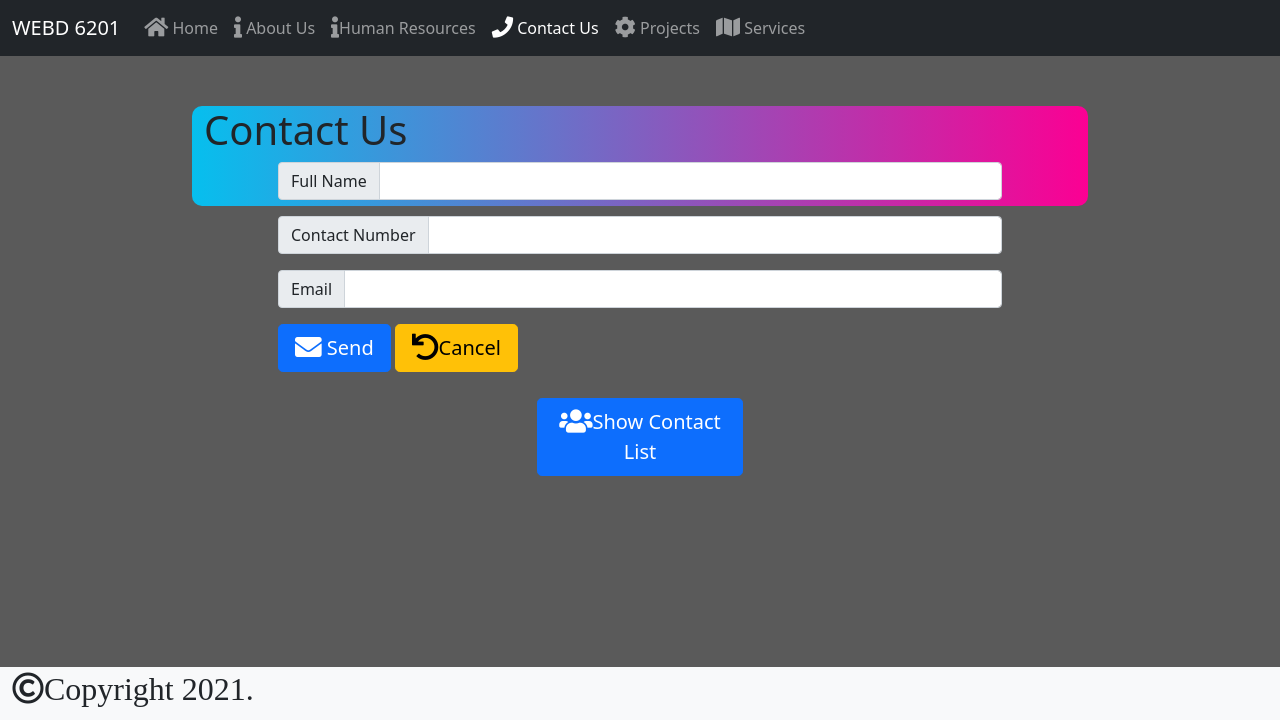
Repository: vans12345678/WEBD6201-W2021-Week3
Page: contact.html
These files come from the project's save history. The page is drawn as it stood at one moment and after the next save; the edit follows.
The browser window is 1280 px wide. The pictures show the whole page.

Above is the page before, as saved 2021-01-28 20:03:00.

### contact.html
<!DOCTYPE html>
<html lang="en">
<head>
    <meta charset="UTF-8">
    <meta name="viewport" content="width=device-width, initial-scale=1.0">
    <title>Contact Us</title>

    <!-- CSS Section -->
    <link rel="stylesheet" href="./node_modules/bootstrap/dist/css/bootstrap.min.css">
    <link rel="stylesheet" href="./node_modules/@fortawesome/fontawesome-free/css/all.min.css">
    <link rel="stylesheet" href="./Content/app.css">
</head>
<body>
  <!-- Main Header -->
    <header>
      <!-- Main Navigation -->
        <nav class="navbar navbar-expand-lg navbar-dark bg-dark">
            <div class="container-fluid">
              <a class="navbar-brand" href="index.html">WEBD 6201</a>
              <button class="navbar-toggler" type="button" data-bs-toggle="collapse" data-bs-target="#navbarSupportedContent" aria-controls="navbarSupportedContent" aria-expanded="false" aria-label="Toggle navigation">
                <span class="navbar-toggler-icon"></span>
              </button>
              <div class="collapse navbar-collapse" id="navbarSupportedContent">
                <ul class="navbar-nav me-auto mb-2 mb-lg-0">
                  <li class="nav-item">
                    <a class="nav-link " aria-current="page" href="index.html"><i class="fas fa-home fa-lg"></i> Home</a>
                  </li>

                  <li class="nav-item">
                    <a class="nav-link" aria-current="page" href="about.html"><i class="fas fa-info fa-lg"></i> About Us</a>
                  </li>
                  <li class="nav-item">
                    <a class="nav-link" aria-current="page" href="human-resources.html"><i class="fas fa-info fa-lg"></i>Human Resources</a>
                  </li>
                  <li class="nav-item">
                    <a class="nav-link active" aria-current="page" href="contact.html"><i class="fas fa-phone fa-lg"></i> Contact Us</a>
                  </li>
                  <li class="nav-item">
                    <a class="nav-link" aria-current="page" href="projects.html"><i class="fas fa-cog fa-lg"></i> Projects</a>
                  </li>

                  <li class="nav-item">
                    <a class="nav-link" aria-current="page" href="services.html"><i class="fas fa-map fa-lg"></i> Services</a>
                  </li>
                </ul>
              </div>
            </div>
          </nav>
    </header>
  <!-- Main Contents -->
    <main class="container">
        <h1>Contact Us</h1>

        <div class="contactForm" id="messageArea"></div>
        <div class = "row justify-content-lg-center g-3">
          <form class = "col-col-lg-6 col-md-10 col-sm-10">
            <div class="input-group mb-3">
              <span class="input-group-text" id="inputGroup-sizing-default">Full Name</span>
              <input id = "fullName" type="text" class="form-control" aria-label="Full Name" aria-describedby="Full Name Input"
              name = "fullName" required>
            </div>
            <div class="input-group mb-3">
              <span class="input-group-text" id="inputGroup-sizing-default">Contact Number</span>
              <input id = "contactNumber" type="tel" class="form-control" aria-label="Contact Number" aria-describedby="Contact Number Input"
              name = "contactNumber" required>
            </div>
            <div class="input-group mb-3">
              <span class="input-group-text" id="inputGroup-sizing-default">Email</span>
              <input id = "emailAddress" type="email" class="form-control" aria-label="Email Address" aria-describedby="Email Address Input"
              name = "emailAddress" required>
            </div>

          <button id = "sendButton" type="submit" class="btn btn-primary btn-lg"><i class="fas fa-envelope fa-lg"></i> Send</button>
          <button id = "cancelButton" type="reset" class="btn btn-warning btn-lg"><i class="fas fa-undo fa-lg"></i>Cancel</button>
        </form>

        <div class="col-lg-3 col-md-3">
          <a href="contact-list.html" class="btn btn-primary btn-lg"><i class="fas fa-users fa-lg"></i>Show Contact List</a>
        </div>
        </div>


    </main>
    <!-- Main Footer -->
    <footer>
        <nav class="navbar fixed-bottom navbar-light bg-light">
            <div class="container-fluid">
                <h4><i class="far fa-copyright fa-lg">Copyright 2021.</i></h4>
            </div>
          </nav>
    </footer>
    <!-- Script Section -->
    <script src="./node_modules/jquery/dist/jquery.min.js"></script>
    <script src="./node_modules/bootstrap/dist/js/bootstrap.bundle.min.js"></script>
    <script src="./Scripts/contact.js"></script>
    <script src="./Scripts/app.js"></script>

</body>
</html>

### Content/app.css
/* custom css goes here */
.Vapor {
    background-image: url('../images/vapor.jpg');
    background-repeat: no-repeat;
    background-attachment: fixed;
    background-size: 100% 100%;
  }
  body
  {
    background-color: rgb(90, 90, 90);
  }
  .container{

    border-radius: 10px;
    width: 70%;
    height: 100px;
    margin: 50px auto;
    background: linear-gradient(90deg,#06bfee,#fb0093)
  }
  form{
    margin: 10px auto;
  }

### Scripts/contact.js
"use strict";
class Contact {
    //Getters and setters
    get FullName() {
        return this.m_fullName;
    }
    set FullName(value) {
        this.m_fullName = value;
    }
    get ContactNumber() {
        return this.m_contactNumber;
    }
    set ContactNumber(value) {
        this.m_contactNumber = value;
    }
    get EmailAddress() {
        return this.m_emailAddress;
    }
    set EmailAddress(value) {
        this.m_emailAddress = value;
    }
    /**
     *
     * @param {string} fullName
     * @param {string} contactNumber
     * @param {string} emailAddress
     */
    constructor(fullName = "", contactNumber = "", emailAddress = "") {
        this.FullName = fullName;
        this.ContactNumber = contactNumber;
        this.EmailAddress = emailAddress;
    }

    /**
     *This method overrides the built-in toString() method for Contact class
     *
     * @return {*}
     * @memberof Contact
     */
    toString()
    {
        return `Full Name       : ${this.FullName} \nContactNumber       : ${this.ContactNumber}
        \nEmailAddress       :${this.EmailAddress}`;
    }
    /**
     *This method returns a JSON object made up of the properties of the Contact class
     *
     * @return {Object}
     * @memberof Contact
     */
    toJSON()
    {
        return{
            "fullName": this.FirstName,
            "contactNumber": this.ContactNumber,
            "emailAddress": this.EmailAddress
        }
    }
    /**
     *
     *This method returns the Contact into a comma-separated value string
     * @return {string}
     * @memberof Contact
     */
    serialize()
    {
        if(this.FullName !== "" && this.ContactNumber !== "" && this.EmailAddress !== "")
        {
            return `${this.FullName}, ${this.ContactNumber}, ${this.EmailAddress}`;
        }
        else
        {
            console.error("One or more properties of the Contact is empty");
            return null;
        }
    }
    /**
     *This method takes a comma-separated data string assigns values to the Contact class properties
     *
     * @param {string} data
     * @returns {void}
     * @memberof Contact
     */
    deserialize(data)
    {
        let propertyArray = data.split(",");

        this.FullName = propertyArray[0];
        this.ContactNumber = propertyArray[1];
        this.EmailAddress = propertyArray[2];

    }
}

### Scripts/app.js
/* Custom JavaScript goes here */

//IIFE - Immediately Invoked Function Expression
//AKA - Anonymous Self-Executing Function
//Closure - limits scope leak

"use strict";


(function(){

    function displayHome()
    {

        let introText = "This is a simple site to demonstrate the specified requirements for Lab 1 WEBD 6201 - Client Side Scripting";
        let introTextElement = document.getElementById("introParagraph");

        introTextElement.textContent = introText;
        introTextElement.className = "fs-5 fw-bold text-center";

        mainContent.innerHTML =
        `<h1 id = "firstHeading">Welcome to WEBD6201 - Lab 1</h1>
        <p id = "paragraphOne" class = "fs-3 fw-bold">This is my first paragraph</p>
        `;

    }
    function displayAbout()
    {

    }
    function displayProjects()
    {

    }
    function displayServices()
    {

    }
    function displayContact()
    {

        let messageArea = document.getElementById("messageArea");
        messageArea.hidden = true;

        //form validation
        let fullName = document.getElementById("fullName");
        fullName.addEventListener("blur", function()
        {
            if(fullName.value.length < 2)
            {
                fullName.focus();
                fullName.select();
                messageArea.hidden = false;
                messageArea.className = "alert alert-danger";
                messageArea.textContent = "Please enter an appropriate name > 2 characters";
            }
            else
            {
                messageArea.removeAttribute("class");
                messageArea.hidden = true;
            }
        });
            let sendButton = document.getElementById("sendButton");
            sendButton.addEventListener("click", function(event)
            {
                //event.preventDefault();
                // //Displays twice?

                let contact = new Contact(fullName.value,contactNumber.value, emailAddress.value);

                //console.log(contact.serialize());
                if(contact.serialize())
                {
                    localStorage.setItem((localStorage.length + 1).toString(),contact.serialize());
                }
            });
    }
    function displayContactList()
    {
        if(localStorage.length > 0)
        {
            let contactList = document.getElementById("contactList");
            let data = "";

            for (let index = 0; index < localStorage.length; index++)
            {
                let contactData = localStorage.getItem((index + 1).toString());
                let contact = new Contact();

                contact.deserialize(contactData);

                data += `<tr>
                <th scope="row">${index + 1}</th>
                <td>${contact.FullName}</td>
                <td>${contact.ContactNumber}</td>
                <td>${contact.EmailAddress}</td>
              </tr>`;
            }
            contactList.innerHTML = data;
        }

    }

    function Start()
    {
        console.log("App Started...");

        switch(document.title)
        {
            case "Index":
                displayHome();
                break;
            case "About":
                displayAbout();
                break;
            case "Projects":
                displayProjects();
                break;
            case "Services":
                displayServices();
                break;
            case "Contact Us":
                displayContact();
                break;
            case "Contact-List":
                displayContactList();
                break;
        }


    }

    window.addEventListener("load", Start);

})();

Loaded but not shown: node_modules/bootstrap/dist/css/bootstrap.min.css (library); node_modules/@fortawesome/fontawesome-free/css/all.min.css (library); node_modules/jquery/dist/jquery.min.js (library); node_modules/bootstrap/dist/js/bootstrap.bundle.min.js (library)

After the next save:
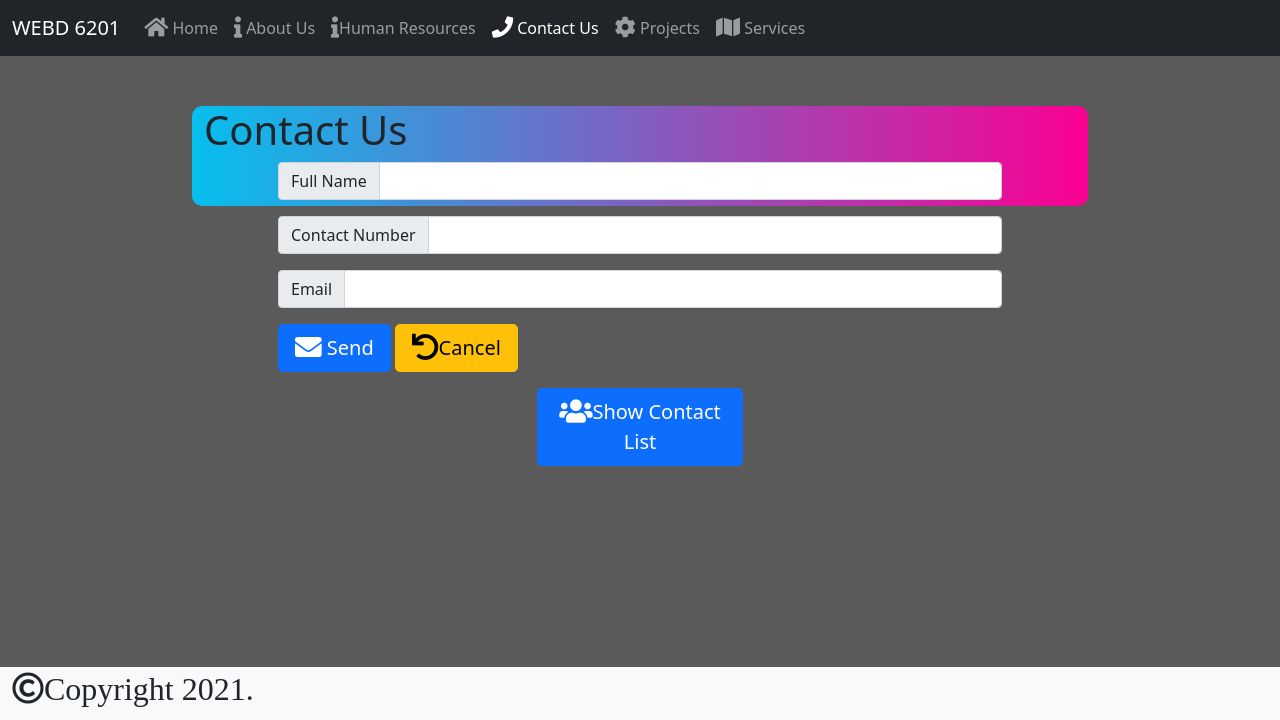
Saved 9 s later.
--- a/Content/app.css
+++ b/Content/app.css
@@ -17,6 +17,6 @@
     margin: 50px auto;
     background: linear-gradient(90deg,#06bfee,#fb0093)
   }
-  form{
+  .contactForm{
     margin: 10px auto;
   }
